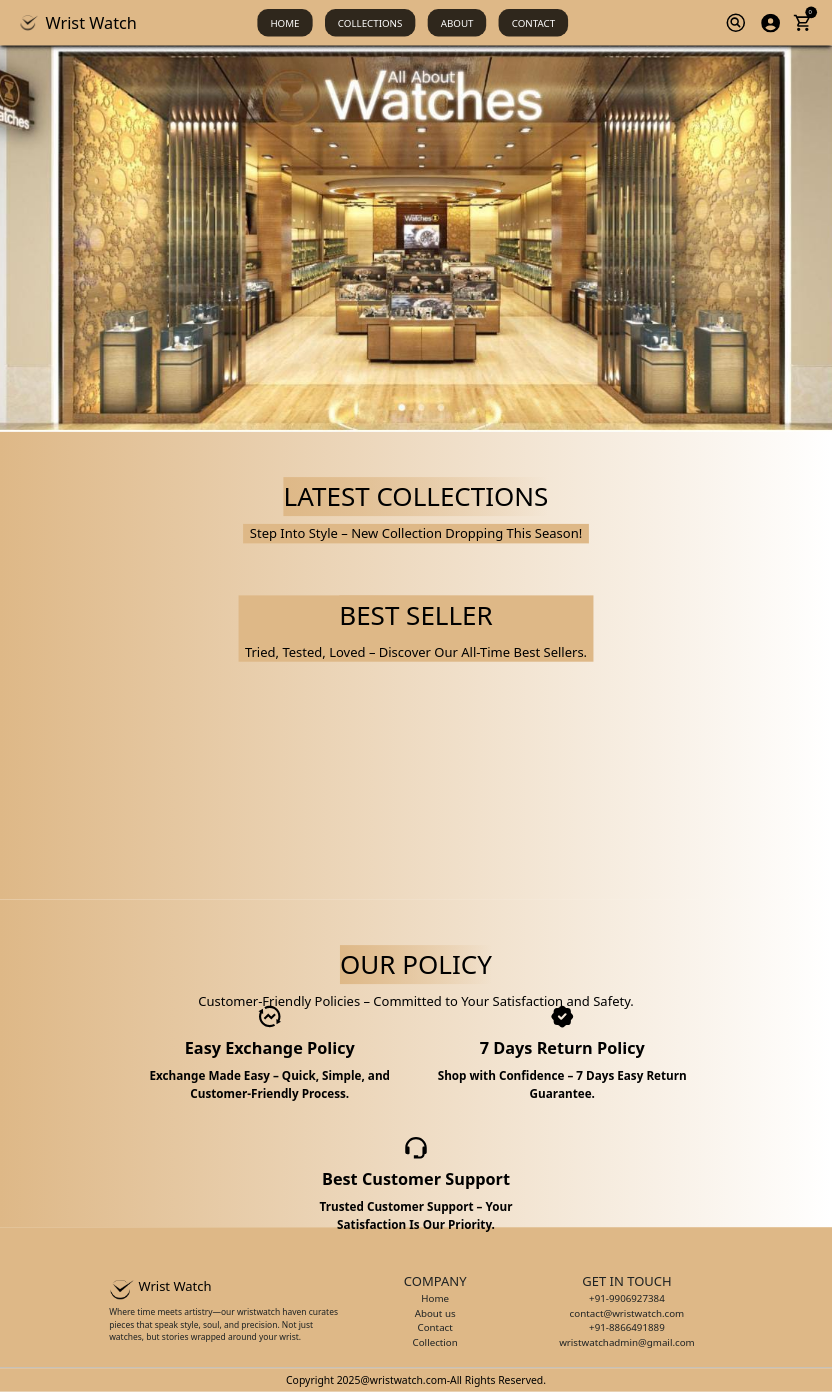
Repository: mansibhanushali/online_watch_ecommerce_mernstack_webapplication
Page: / (app in frontend/)
An editor plug-in stored every save of this project. The page is shown before and after the next save, followed by the edit.
The browser window is 1280 px wide. The pictures show the whole page, at 65% of full size.
The page's requests for data from a server got no answer. The project was rebuilt for these pictures with package versions that can differ from the ones it lists, and the page was loaded fresh each time. No one was signed in, and anything a server would have sent is missing. Also part of the build but not shown: frontend/vite.config.js, frontend/src/component/Loading.jsx, frontend/src/pages/Registration.jsx, frontend/src/component/Card.jsx, frontend/src/pages/Login.jsx, frontend/src/pages/About.jsx, frontend/src/pages/Collections.jsx, frontend/src/pages/Contact.jsx and 6 more.

Above is the page before, as saved 2025-08-16 17:13:55.

### frontend/index.html
<!doctype html>
<html lang="en">
  <head>
    <meta charset="UTF-8" />
    <link rel="icon" type="image/svg+xml" href="\logo1.png" />
    <meta name="viewport" content="width=device-width, initial-scale=1.0" />
    <title>Wristwatch</title>
  </head>
  <body>
    <div id="root"></div>
    <script type="module" src="/src/main.jsx"></script>
  </body>
</html>

### frontend/src/main.jsx
// src/main.jsx
import React from 'react';
import { createRoot } from 'react-dom/client';
import { BrowserRouter } from 'react-router-dom';
import './index.css';

import App from './App.jsx';
import AuthContext from './context/authContext.jsx';
import UserContextProvider from './context/UserContext.jsx';
import ShopContext from './context/ShopContext.jsx';

createRoot(document.getElementById('root')).render(
  <React.StrictMode>
    <BrowserRouter>
      <AuthContext>
        <UserContextProvider>
          <ShopContext>
            <App />
          </ShopContext>
        </UserContextProvider>
      </AuthContext>
    </BrowserRouter>
  </React.StrictMode>
);

### frontend/src/index.css
@import "tailwindcss";

body {
  @apply bg-white min-h-screen;
}

### frontend/src/App.jsx
import React, { useContext } from 'react';
import { Navigate, Route, Routes, useLocation } from 'react-router-dom';
import Registration from './pages/Registration';
import Home from './pages/Home';
import Login from './pages/Login';
import Nav from './component/Nav';
import { userDataContext } from './context/UserContext';
import About from './pages/About';
import Collections from './pages/Collections';
import Product from './pages/Product';
import Contact from './pages/Contact';
import ProductDetail from './pages/ProductDetail';
import Cart from './pages/Cart';
import PlaceOrder from './pages/PlaceOrder';
import Order from './pages/Order';
import { ToastContainer } from 'react-toastify';
import NotFound from './pages/NotFound';

function App() {
  const { userData } = useContext(userDataContext);
  const location = useLocation();

  // Protected route wrapper
  const ProtectedRoute = (Component) => {
    return userData ? (
      Component
    ) : (
      <Navigate to="/login" state={{ from: location.pathname }} />
    );
  };

  return (
    <>
      <ToastContainer />
      <Nav />
      <Routes>
        {/* Public Routes */}
        <Route path="/" element={<Home />} />
        <Route path="/about" element={<About />} />
        <Route path="/collection" element={<Collections />} />
        <Route path="/collection/:category" element={<Collections />} />
        <Route path="/product" element={<Product />} />
        <Route path="/contact" element={<Contact />} />

        {/* Auth Routes */}
        <Route
          path="/login"
          element={
            userData ? (
              <Navigate to={location.state?.from || '/'} />
            ) : (
              <Login />
            )
          }
        />
        <Route
          path="/signup"
          element={
            userData ? (
              <Navigate to={location.state?.from || '/'} />
            ) : (
              <Registration />
            )
          }
        />

        {/* Protected Routes */}
        <Route
          path="/productdetail/:productId"
          element={ProtectedRoute(<ProductDetail />)}
        />
        <Route path="/cart" element={ProtectedRoute(<Cart />)} />
        <Route path="/placeorder" element={ProtectedRoute(<PlaceOrder />)} />
        <Route path="/order" element={ProtectedRoute(<Order />)} />

        {/* 404 Fallback */}
        <Route path="*" element={<NotFound />} />
      </Routes>
    </>
  );
}

export default App;

### frontend/src/context/AuthContext.jsx
// src/context/AuthContext.jsx
import React, { createContext, useReducer, useEffect } from "react";
import axios from "axios";

const initialState = {
  user: null,
  token: null,
  isAuthenticated: false,
};

function reducer(state, action) {
  switch (action.type) {
    case "LOGIN":
      return {
        ...state,
        user: action.payload.user,
        token: action.payload.token,
        isAuthenticated: true,
      };
    case "LOGOUT":
      return initialState;
    default:
      return state;
  }
}

export const authDataContext = createContext();

function AuthContext({ children }) {
  const serverUrl = "http://localhost:8000";

  const [state, dispatch] = useReducer(reducer, initialState, () => {
    const token = localStorage.getItem("token");
    const user = localStorage.getItem("user");
    return token && user
      ? { token, user: JSON.parse(user), isAuthenticated: true }
      : initialState;
  });

  // axios defaults setup (runs whenever token changes)
  useEffect(() => {
    axios.defaults.baseURL = serverUrl;
    axios.defaults.withCredentials = true;

    if (state.token) {
      axios.defaults.headers.common["Authorization"] = `Bearer ${state.token}`;
      localStorage.setItem("token", state.token);
      localStorage.setItem("user", JSON.stringify(state.user));
    } else {
      delete axios.defaults.headers.common["Authorization"];
      localStorage.removeItem("token");
      localStorage.removeItem("user");
    }
  }, [state.token, state.user]);

  // Fetch current user from backend
  const fetchCurrentUser = async (token) => {
    try {
      const res = await axios.get("/api/user/getcurrentuser", {
        headers: { Authorization: `Bearer ${token}` }
      });
      return res.data;
    } catch (err) {
      console.error("Fetch current user error:", err.response?.data || err.message);
      return null;
    }
  };

  // Login and fetch user
  const login = async ({ token }) => {
    const user = await fetchCurrentUser(token);
    if (user) {
      dispatch({ type: "LOGIN", payload: { token, user } });
    }
  };

  const logout = () => dispatch({ type: "LOGOUT" });

  // Auto login when page refreshes
  useEffect(() => {
    const autoLogin = async () => {
      if (state.token && !state.user) {
        const user = await fetchCurrentUser(state.token);
        if (user) {
          dispatch({ type: "LOGIN", payload: { token: state.token, user } });
        }
      }
    };
    autoLogin();
  }, []);

  return (
    <authDataContext.Provider value={{ serverUrl, ...state, login, logout }}>
      {children}
    </authDataContext.Provider>
  );
}

export default AuthContext;

### frontend/src/context/UserContext.jsx
// src/context/UserContext.jsx
import React, { createContext, useContext, useEffect, useState } from 'react';
import { authDataContext } from './AuthContext';
import axios from 'axios';

export const userDataContext = createContext();

function UserContextProvider({ children }) {
  const [userData, setUserData] = useState(null);
  const { serverUrl } = useContext(authDataContext);

  const getCurrentUser = async () => {
    try {
      // ✅ Cookie-based request
      const result = await axios.get(`${serverUrl}/api/user/getcurrentuser`, {
        withCredentials: true, // Cookie automatically send होगी
      });

      if (result.data?.success) {
        setUserData(result.data.user);
      } else {
        setUserData(null);
      }
    } catch (error) {
      setUserData(null);
      console.error("getCurrentUser error:", error);
    }
  };

  // 🔹 Page load pe call
  useEffect(() => {
    getCurrentUser();
  }, []);

  return (
    <userDataContext.Provider value={{ userData, setUserData, getCurrentUser }}>
      {children}
    </userDataContext.Provider>
  );
}

export default UserContextProvider;

### frontend/src/context/ShopContext.jsx
import React, { createContext, useContext, useEffect, useState, useCallback } from 'react';
import { authDataContext } from './authContext';
import { userDataContext } from './UserContext';
import axios from 'axios';
import { toast } from 'react-toastify';

export const shopDataContext = createContext();

function ShopContextProvider({ children }) {
  const [products, setProducts] = useState([]);
  const [search, setSearch] = useState('');
  const { userData } = useContext(userDataContext);
  const [showSearch, setShowSearch] = useState(false);
  const { serverUrl } = useContext(authDataContext);
  const [cartItem, setCartItem] = useState({});
  const [loading, setLoading] = useState(false);
  const [token, setToken] = useState(localStorage.getItem("token") || "");

  const currency = '₹';
  const delivery_fee = 40;

  // token sync
  useEffect(() => {
    const savedToken = localStorage.getItem("token");
    if (savedToken) {
      setToken(savedToken);
    }
  }, []);

  // ✅ Get products
  const getProducts = useCallback(async () => {
    if (!serverUrl) return;
    try {
      const result = await axios.get(`${serverUrl}/api/product/list`);
      setProducts(result.data);
    } catch (error) {
      console.error("Get Products Error:", error);
    }
  }, [serverUrl]);

  // ✅ Add to cart
  const addtoCart = async (itemId) => {
    let cartData = structuredClone(cartItem);
    cartData[itemId] = (cartData[itemId] || 0) + 1;
    setCartItem(cartData);

    if (userData && token) {
      setLoading(true);
      try {
        await axios.post(
          `${serverUrl}/api/cart/add`,
          { itemId },
          {
            headers: { Authorization: `Bearer ${token}` },
            withCredentials: true
          }
        );
      } catch (error) {
        console.error(error);
        toast.error("Add Cart Error");
      } finally {
        setLoading(false);
      }
    }
  };

  // ✅ Get user cart
  const getUserCart = useCallback(async () => {
    if (!token || !serverUrl) return;
    try {
      const result = await axios.post(
        `${serverUrl}/api/cart/get`,
        {},
        {
          headers: { Authorization: `Bearer ${token}` },
          withCredentials: true
        }
      );
      setCartItem(result.data || {});
    } catch (error) {
      console.error("Get User Cart Error:", error);
    }
  }, [serverUrl, token]);

  // ✅ Update cart item quantity
  const updateQuantity = async (itemId, quantity) => {
    let cartData = structuredClone(cartItem);
    cartData[itemId] = quantity;
    setCartItem(cartData);

    if (userData && token) {
      try {
        await axios.post(
          `${serverUrl}/api/cart/update`,
          { itemId, quantity },
          {
            headers: { Authorization: `Bearer ${token}` },
            withCredentials: true
          }
        );
      } catch (error) {
        console.error(error);
      }
    }
  };

  // ✅ Total cart items count
  const getCartCount = () => {
    return Object.values(cartItem).reduce((acc, qty) => acc + qty, 0);
  };

  // ✅ Total cart amount
  const getCartAmount = () => {
    let totalAmount = 0;
    for (const itemId in cartItem) {
      let itemInfo = products.find((product) => product._id === itemId);
      if (itemInfo && cartItem[itemId] > 0) {
        totalAmount += itemInfo.price * cartItem[itemId];
      }
    }
    return totalAmount;
  };

  // Fetch products and cart
  useEffect(() => {
    getProducts();
  }, [getProducts]);

  useEffect(() => {
    getUserCart();
  }, [getUserCart]);

  let value = {
    products,
    currency,
    delivery_fee,
    getProducts,
    search,
    setSearch,
    showSearch,
    setShowSearch,
    cartItem,
    addtoCart,
    getCartCount,
    setCartItem,
    updateQuantity,
    getCartAmount,
    loading,
    serverUrl,
    setToken,
    token
  };

  return (
    <shopDataContext.Provider value={value}>
      {children}
    </shopDataContext.Provider>
  );
}

export default ShopContextProvider;

### frontend/src/pages/Home.jsx
import React, { useState, useEffect } from 'react'
import Backgound from '../component/Backgound'
import Product from './Product'
import OurPolicy from '../component/OurPolicy'
import Footer from '../component/Footer'

function Home() {
  let [heroCount, setHeroCount] = useState(0)

  useEffect(() => {
    let interval = setInterval(() => {
      setHeroCount(prevCount => (prevCount === 3 ? 0 : prevCount + 1))
    }, 3000)
    return () => clearInterval(interval)
  }, [])

  return (
    <div className="overflow-x-hidden relative top-[70px]">
      <div className="w-[100vw] lg:h-[55vh] md:h-[50vh] sm:h-[30vh] bg-gradient-to-l from-[burlwood] to-[burlywood]">
        <Backgound heroCount={heroCount} />
      </div>
      <Product />
      <OurPolicy />
      <Footer />
    </div>
  )
}

export default Home

### frontend/src/pages/Product.jsx
import React from 'react'
import LatestCollection from '../component/LatestCollection'
import BestSeller from '../component/BestSeller'

function Product() {
  return (
    <div className='w-[100vw] min-h-[100vh] bg-gradient-to-l from-[burlwood] to-[burlywood] flex items-center justify-start flex-col py-[20px]'>

        <div className='w-[100%] min-h-[70px] flex items-center justify-center gap-[10px]  flex-col '>
            <LatestCollection/>
        </div>
        <div className='w-[100%] min-h-[70px] flex items-center justify-center gap-[10px]  flex-col '>
            <BestSeller/>
        </div>

    </div>
  )
}

export default Product

### frontend/src/component/Backgound.jsx
import React from 'react'
import back1 from "../assets/back1.jpg"

function Background() {
  return (
    <img
      src={back1}
      alt="background"
      className="w-[100%] h-[150%] float-left overflow-auto object-cover"
    />
  )
}

export default Background

### frontend/src/component/OurPolicy.jsx
import React from 'react'
import Title from './Title'
import { RiExchangeFundsLine } from "react-icons/ri";
import { TbRosetteDiscountCheckFilled } from "react-icons/tb";
import { BiSupport } from "react-icons/bi";

function OurPolicy() {
  return (
    <div className='w-[100vw] h-[100vh] md:h-[70vh] flex items-center justify-start flex-col  bg-gradient-to-l from-[burlwood] to-[burlywood] gap-[50px] '>
        <div className='h-[8%] w-[100%] text-center mt-[70px] '>
            <Title text1={<span className='text-[black]'>OUR</span>} text2={<span className='text-[black]'>POLICY</span>}/>
            <p className='w-[100%] m-auto text-[13px] md:text-[20px] px-[10px] text-black '>Customer-Friendly Policies – Committed to Your Satisfaction and Safety.</p>
        </div>
      <div className='w-[100%] md:min-h-[50%] h-[20%] flex items-center justify-center flex-wrap lg:gap-[50px] gap-[80px]'>
        <div className='w-[400px] max-w-[90%] h-[60%] flex items-center justify-center flex-col gap-[10px] '>
        <RiExchangeFundsLine  className='md:w-[60px] w-[30px] h-[30px] md:h-[60px] text-[black]'/>
        <p className='font-semibold md:text-[25px] text-[19px] text-[black]'>Easy Exchange Policy</p>
        <p className='font-semibold md:text-[18px] text-[12px] text-[black] text-center'>Exchange Made Easy – Quick, Simple, and Customer-Friendly Process.</p>

        </div>
        <div className='w-[400px] max-w-[90%] h-[60%] flex items-center justify-center flex-col gap-[10px] '>
        <TbRosetteDiscountCheckFilled  className='md:w-[60px] w-[30px] h-[30px] md:h-[60px] text-[black]'/>
        <p className='font-semibold md:text-[25px] text-[19px] text-[black]'>7 Days Return Policy</p>
        <p className='font-semibold md:text-[18px] text-[12px] text-[black] text-center'>Shop with Confidence – 7 Days Easy Return Guarantee.</p>

        </div>
        <div className='w-[400px] max-w-[90%] h-[60%] flex items-center justify-center flex-col gap-[10px] '>
        <BiSupport  className='md:w-[60px] w-[30px] h-[30px] md:h-[60px] text-[black]'/>
        <p className='font-semibold md:text-[25px] text-[19px] text-[black]'>Best Customer Support</p>
        <p className='font-semibold md:text-[18px] text-[12px] text-[black] text-center'>Trusted Customer Support – Your Satisfaction Is Our Priority.</p>

        </div>
      </div>
    </div>
  )
}

export default OurPolicy

### frontend/src/component/Footer.jsx
import React from 'react'
import logo from "../assets/logo.png"
function Footer() {
  return (
    <div className='w-[100%] md:h-[36vh] h-[21vh] mb-[77px] md:mb-[0px]'>
        <div className='w-[100%] md:h-[30vh] h-[15vh]  md:mb-[0px] bg-[burlywood] flex items-center justify-center md:px-[50px] px-[5px]'>
            <div className='md:w-[30%] w-[35%] h-[100%] flex items-start justify-center flex-col gap-[5px]  '>
                <div className='flex items-start justify-start gap-[5px] mt-[10px] md:mt-[40px]'>
                    <img src={logo} alt=""  className='md:w-[40px] md:h-[40px] w-[30px] h-[30px]'/>
                    <p className='text-[19px] md:text-[20px] text-[black] '>Wrist Watch</p>

                </div>
                <p className='text-[13px] text-[#1e2223] hidden md:block'>Where time meets artistry—our wristwatch haven curates pieces that speak style, soul, and precision. Not just watches, but stories wrapped around your wrist.</p>
                    <p className='text-[15px] text-[#1e2223] flex md:hidden'>Fast Easy Reliable</p>


            </div>
            <div className='md:w-[25%] w-[30%] h-[100%] flex items-center justify-center flex-col text-center'>
                    <div className='flex items-center justify-center gap-[5px] mt-[10px] md:mt-[40px]'>
                        <p className='text-[19px] md:text-[20px] text-[#1e2223] font-sans '>COMPANY</p>

                    </div>
                    <ul>
                         <li className='text-[15px] text-[#1e2223] hidden md:block cursor-pointer'>Home</li>
                        <li className='text-[15px] text-[#1e2223] cursor-pointer '>About us</li>
                        <li className='text-[15px] text-[#1e2223] cursor-pointer '>Contact</li>
                        <li className='text-[15px] text-[#1e2223] cursor-pointer '>Collection</li>
                    </ul>
                </div>

                <div className='md:w-[25%] w-[40%]  h-[100%] flex items-center justify-center flex-col text-center '>
                     <div className='flex items-center justify-center gap-[5px] mt-[10px] md:mt-[40px]'>
                        <p className='text-[19px] md:text-[20px] text-[#1e2223] font-sans '>GET IN TOUCH</p>

                    </div>
                     <ul>
                         <li className='text-[15px] text-[#1e2223] '>+91-9906927384</li>
                        <li className='text-[15px] text-[#1e2223] '>contact@wristwatch.com</li>
                        <li className='text-[15px] text-[#1e2223] hidden md:block'>+91-8866491889</li>
                        <li className='text-[15px] text-[#1e2223] hidden md:block'>wristwatchadmin@gmail.com</li>
                    </ul>
                </div>

        </div>
        <div className='w-[100%] h-[1px] bg-slate-400'></div>
        <div className='w-[100%] h-[5vh] bg-[burlywood] flex items-center justify-center'>Copyright 2025@wristwatch.com-All Rights Reserved.</div>

    </div>
  )
}

export default Footer

### frontend/src/component/Title.jsx
import React from 'react'

function Title({text1 ,text2}) {
  return (
    <div className='inline-flex gap-2 items-center text-center mb-3 text-[35px] md:text-[40px] bg-gradient-to-l from-[burlwood] to-[burlywood]'>
        <p className='text-black'>{text1} <span className='text-[black] '>{text2}</span></p>

    </div>
  )
}

export default Title

### frontend/src/component/LatestCollection.jsx
import React, { useContext, useEffect, useState } from 'react'
import Title from './Title'
import { shopDataContext } from '../context/ShopContext'
import Card from './Card'

function LatestCollection() {
    let {products} = useContext(shopDataContext)
    let [latestProducts,setLatestProducts] = useState([])

    useEffect(()=>{
    setLatestProducts(products.slice(0,8));
    },[products])

  return (
    <div>
      <div className='h-[8%] w-[100%] text-center md:mt-[50px] '>
        <Title text1={<span className='text-black'>LATEST</span>} text2={<span className='text-black'>COLLECTIONS</span>}/>
        <p className='w-[100%] m-auto text-[13px] md:text-[20px] px-[10px] text-black bg-[burlywood]'>Step Into Style – New Collection Dropping This Season!</p>
      </div>
      <div className='w-[100%] h-[50%] mt-[30px] flex items-center justify-center flex-wrap gap-[50px] bg-[burlywood]'>
        {
            latestProducts.map((item,index)=>(
                <Card key={index} name={item.name} image={item.image} id={item._id} price={item.price}/>
            ))
        }

        </div>
    </div>
  )
}

export default LatestCollection

### frontend/src/component/BestSeller.jsx
import React, { useContext, useEffect, useState } from 'react';
import Title from './Title';
import { shopDataContext } from '../context/ShopContext';
import Card from './Card';

function BestSeller() {
  let { products, serverUrl } = useContext(shopDataContext);
  let [bestSeller, setBestSeller] = useState([]);

  useEffect(() => {
    let filterProduct = products.filter((item) => item.bestseller);
    setBestSeller(filterProduct.slice(0, 4));
  }, [products]);

  // Function to build correct image URL
  const getImageUrl = (img) => {
    if (!img) return "https://via.placeholder.com/300x300?text=No+Image"; // fallback
    return img.startsWith("http") ? img : `${serverUrl}/uploads/${img}`;
  };

  return (
    <div>
      <div className="h-[8%] w-[100%] text-center mt-[50px] bg-[burlywood]">
        <Title text1={<span className='text-black'>BEST</span>} text2={<span className='text-black'>SELLER</span>} />
        <p className="w-[100%] m-auto text-[13px] md:text-[20px] px-[10px] text-black">
          Tried, Tested, Loved – Discover Our All-Time Best Sellers.
        </p>
      </div>

      <div className="w-[100%] h-[50%] mt-[30px] flex items-center justify-center flex-wrap gap-[50px] bg-[burlywood]">
        {bestSeller.map((item, index) => (
          <Card
            key={index}
            name={item.name}
            id={item._id}
            price={item.price}
            image={getImageUrl(item.image)}
          />
        ))}
      </div>
    </div>
  );
}

export default BestSeller;

Loaded but not shown: frontend/src/component/Nav.jsx (137 lines, source omitted)

After the next save:
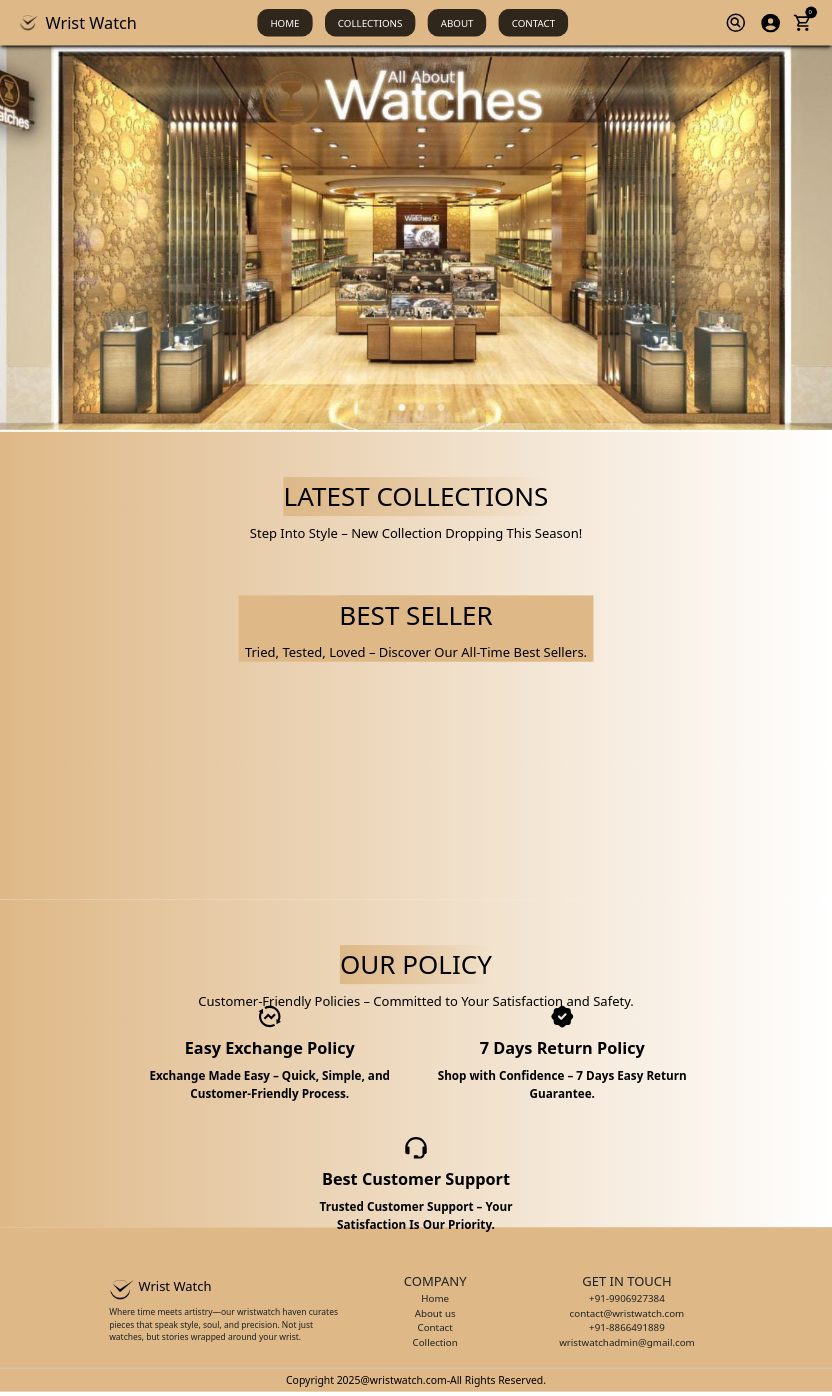
Saved 16 s later.
--- a/frontend/src/component/LatestCollection.jsx
+++ b/frontend/src/component/LatestCollection.jsx
@@ -15,7 +15,7 @@ function LatestCollection() {
     <div>
       <div className='h-[8%] w-[100%] text-center md:mt-[50px] '>
         <Title text1={<span className='text-black'>LATEST</span>} text2={<span className='text-black'>COLLECTIONS</span>}/>
-        <p className='w-[100%] m-auto text-[13px] md:text-[20px] px-[10px] text-black bg-[burlywood]'>Step Into Style – New Collection Dropping This Season!</p>
+        <p className='w-[100%] m-auto text-[13px] md:text-[20px] px-[10px] text-black '>Step Into Style – New Collection Dropping This Season!</p>
       </div>
       <div className='w-[100%] h-[50%] mt-[30px] flex items-center justify-center flex-wrap gap-[50px] bg-[burlywood]'>
         {
